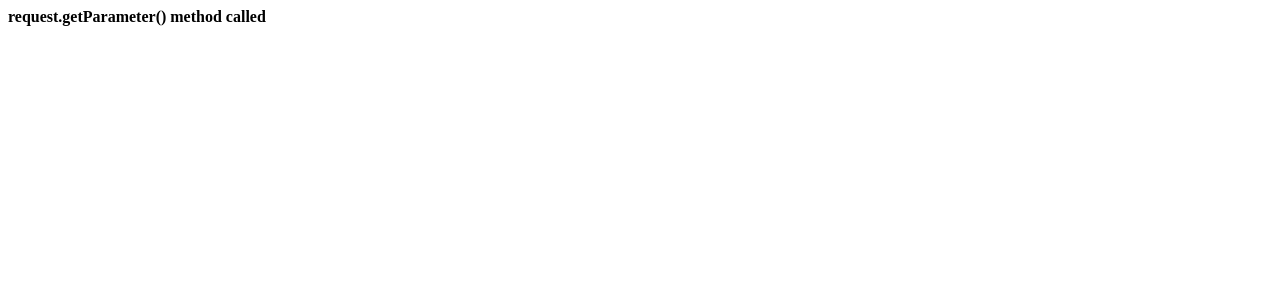
Repository: tomaters/servlets-JSP
Page: http://localhost/jsptest/implicit/viewParameter.jsp
The author's editor kept a copy of each file at every save. The page is drawn from the files as they stood at one save, then again after the next save.
The browser window is 1280 px wide. The pictures show the whole page.
The page is served by Tomcat 10.

Above is the page before, as saved 2023-12-01 00:33:57.

After the next save:
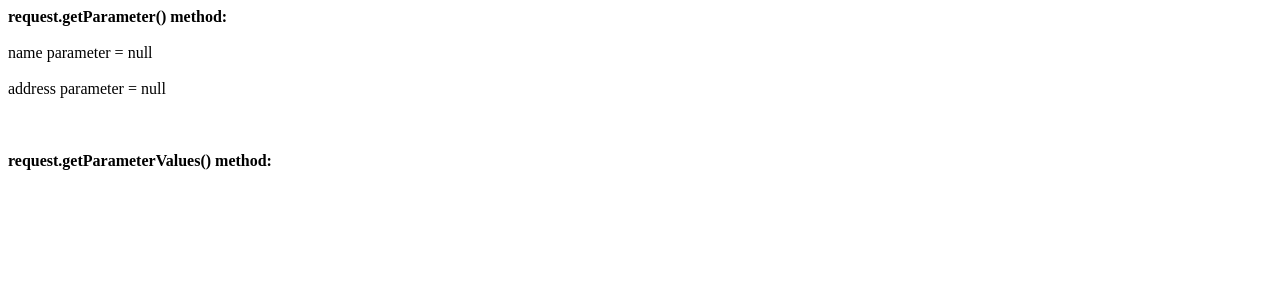
Saved 3 min 54 s later.
--- a/jsptest/src/main/webapp/implicit/viewParameter.jsp
+++ b/jsptest/src/main/webapp/implicit/viewParameter.jsp
@@ -11,7 +11,20 @@
 <title>Print requested parameters</title>
 </head>
 <body>
-<b> request.getParameter() method called</b><br></br>
+	<b> request.getParameter() method: </b><br></br>
+		name parameter = <%= request.getParameter("name") %> <br></br>
+		address parameter = <%= request.getParameter("address") %> <br></br><br></br>
+
+	<b>request.getParameterValues() method: </b><br></br>
+	<%
+		String[] values = request.getParameterValues("pet");
+		if(values != null) {
+			for(int i = 0; i < values.length; i++) {
+				%> <%= values[i] %> <%
+			}
+		}
+	%>
+	<br></br><br></br>
 
 </body>
 </html>
